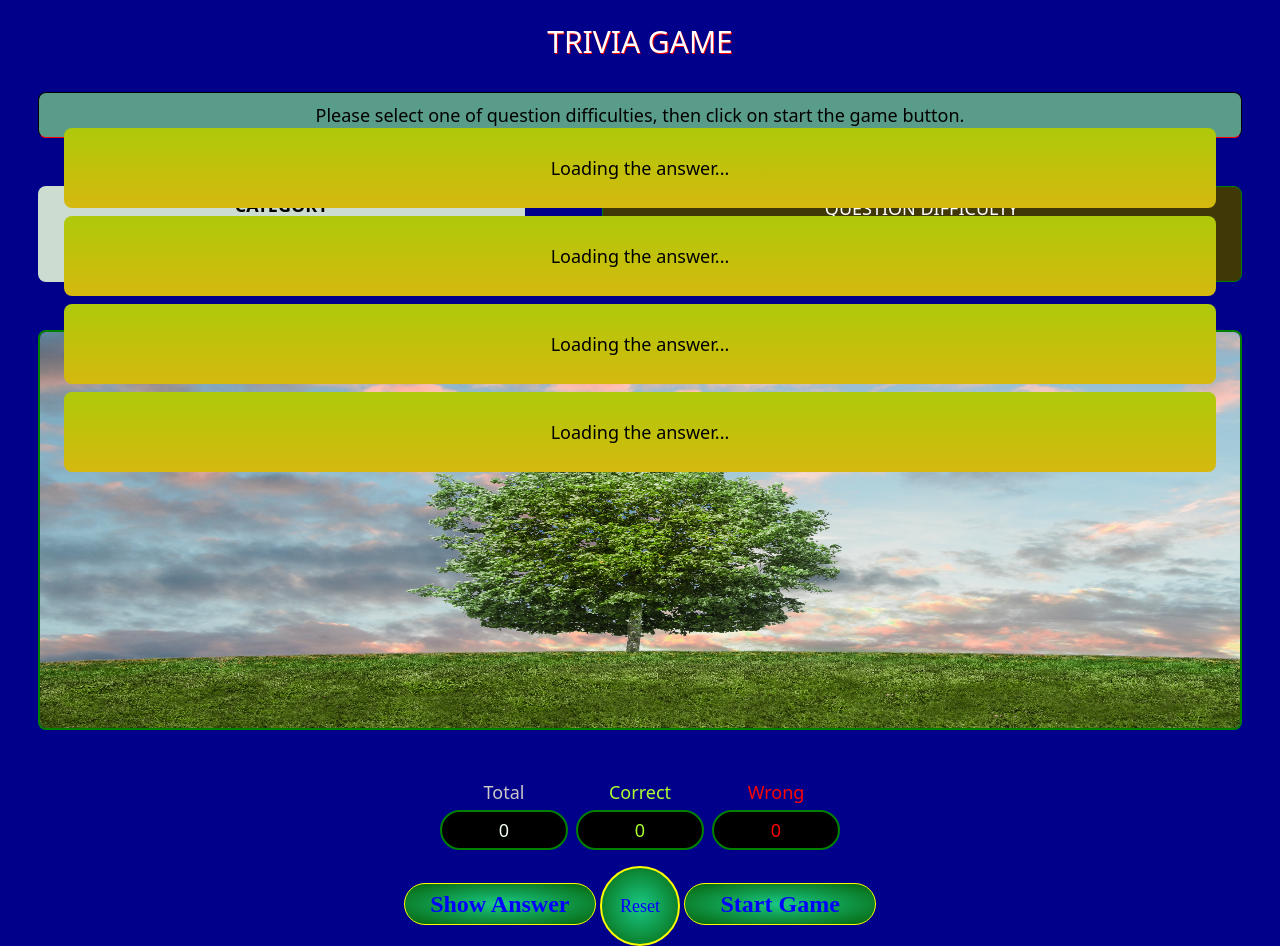
Repository: ShindanoSingi/bembe-trivia
Page: index.html
The author's editor kept a copy of each file at every save. The page is drawn from the files as they stood at one save, then again after the next save.
The browser window is 1280 px wide. The pictures show the whole page.
Some web libraries are served in a nearby version.

Above is the page before, as saved 2022-09-08 01:34:05.

### index.html
<!DOCTYPE html>
<html lang="en">

    <head>
        <meta charset="UTF-8">
        <meta http-equiv="X-UA-Compatible" content="IE=edge">
        <meta name="viewport" content="width=device-width, initial-scale=1.0">
        <link rel="stylesheet" href="style.css">
        <script src="https://cdn.tailwindcss.com"></script>
        <title>Trivia Game</title>
    </head>

    <body class="">
        <div class="containerBox max-h-[100vh] my-2 flex flex-col gap-[3rem]">
            <h1 class="text-center text-3xl relative top-4" >TRIVIA GAME</h1>
            <div class="questionBox text-center w-[94vw] md:text-lg h-[6.5rem] p-2 md:p-2 mx-auto rounded-lg">
                Please select one of question difficulties, then click on start the game button.
            </div>
            <div class="category-and-difficulty-container items-center justify-around flex">
                <div class="category-container w-[38vw] md:h-[6rem] h-[4.5rem] bg-[#CDDCD1] flex items-center flex-col py-[0.3rem] rounded-lg">
                    <div class="labelCategory text-sm md:text-lg font-bold md:font-bold text-black">CATEGORY</div>
                    <div class="category text-sm md:text-lg text-center p-1 rounded-lg">
                        Loading category...
                    </div>
                </div>
                <div class="qDifficultyBox w-[50vw] pb-1 rounded-lg items-center flex h-[4.5rem] md:h-[6rem] justify-around flex-col">
                        <div id="question" class="qCat md:text-lg text-sm">QUESTION DIFFICULTY</div>
                        <div class="difficulties-container md:flex md:space-x-6 flex gap-1">
                            <button class="difficulty px-1.5 md:w-[6rem] text-sm md:text-lg rounded-full" id="easy">Easy</button>
                            <button class="difficulty md:w-[6rem] px-1.5 rounded-full md:text-lg text-sm" id="medium">Medium</button>
                            <button class="difficulty md:w-[6rem] px-1.5 text-sm md:text-lg rounded-full" id="hard">Hard</button>
                    </div>
                </div>
            </div>
            <div class="imgAndQuestions">
                <img class="w-[94vw] h-[25rem] mx-auto" src="pexels-skitterphoto-9198.jpg" alt="nature image">
                <div class="answersButtons absolute md:absolute md:bottom-[15.5rem] bottom-[17.2rem] ml-[5vw] flex space-y-2 items-center  flex-col">
                    <button class="showAnswer md:text-lg w-[90vw] p-1 absolute bottom-[17rem] mx-auto text-sm h-[5rem]">Loading the answer...</button>
                    <button class="response md:text-lg w-[90vw] p-1 text-center text-md h-[5rem]" id="response1">Loading the answer...</button>
                    <button class="response md:text-lg w-[90vw] p-1 text-md h-[5rem]" id="response2">Loading the answer...</button>
                    <button class="response md:text-lg w-[90vw] p-1 text-md h-[5rem]" id="response3">Loading the answer...</button>
                    <button class="response md:text-lg w-[90vw] p-1 text-md h-[5rem]" id="response4">Loading the answer...</button>
                    </div>
                </div>

            <div id="bottomPart" class="flex  mx-auto flex-col items-center gap-4">
                <div class="labelsAndButtons relative left-1 flex space-x-2">
                    <div class="question-number flex flex-col items-center">
                        <p class="labels md:text-lg pb-1" id="labelQ">Total</p>
                        <div class="bottombuttons md:w-[8rem] md:text-lg w-[5rem] text-center py-1" id="questionNumber">0</div>
                    </div>
                    <div class="correct-answers md:text-lg flex flex-col items-center">
                        <p class="labels pb-1" id="labelC">Correct</p>
                        <div class="bottombuttons md:text-lg w-[5rem] md:w-[8rem] text-center py-1" id="correct">0</div>
                    </div>
                    <div class="wrong-answers md:text-lg flex flex-col items-center">
                        <p class="labels pb-1" id="labelW">Wrong</p>
                        <div class="bottombuttons md:w-[8rem] md:text-lg w-[5rem] text-center py-1" id="wrong">0</div>
                    </div>
                    <div class="timerQuestionCorrectWrong"></div>
                </div>
                <div class="threeBottomButtons">
                    <button class="w-[8rem] text-lg md:text-2xl md:w-48 py-1" id="showAnswer">Show Answer</button>
                    <button class="reset text-lg p-1 md:w-[5rem] md:h-[5rem] w-[3.5rem] h-[3.5rem] rounded-full">Reset</button>
                    <button class="startGame text-lg w-[8rem] md:text-2xl md:w-48 py-1">Start Game</button>
                </div>
            </div>
            </div>
        <script src="./script.js"></script>
    </body>
</html>

### style.css

/* iPhone 8 and smaller */

    /*  Set h1 text to red */
    h1 {
        color: #fff;
        text-shadow: 0.05rem 0.05rem red;
    }

    /* The box containing the question */
    .questionBox {
        color: rgb(0, 0, 0);
        border: 0.02rem solid;
        background-color: rgb(89, 156, 138);
        border-bottom-color: red;
    }

    /* Label for category */
    .labelCategory {
        color: white;
    }

    /* The show answer message box */
    .showAnswer {
        color: honeydew;
        visibility: hidden;
        border: 0.1rem solid green;
        border-radius: 0.5rem;
        background-color:rgb(2, 27, 3);
    }
    /*  Individual difficulty button */
    .difficulty {
        background-image: linear-gradient(rgb(16, 221, 142), rgb(4, 58, 7));
        border: 0.2rem solid rgb(21, 139, 35);
        color: white;
    }

    /*  Class containing all difficulty buttons */
    .difficulties-container {
        border-color: green;
    }
    /* The box containing difficulty buttons */
    .qDifficultyBox {
        border: 0.14vh solid green;
        background-color: rgb(65, 56, 8);
        color: white;
    }

    /* image */
    img {
        border: 0.15rem solid green;
        border-radius: 0.5rem;
    }
    /* all response buttons */
    .response {
        border-color: green;
        background-image: linear-gradient(rgb(173, 202, 9), rgb(214, 184, 14));
        color: black;
        border-radius: 0.5rem;
    }
    /* All response buttons */
    .response:hover {
        background-image: linear-gradient(rgb(32, 90, 165), rgb(72, 168, 192));
    }

    /* Show answer button */
    #showAnswer {
        color: blue;
        border: 0.54vh solid green;
        border: 0.27vh solid yellow;
        border-radius: 20rem;
        font-family: cursive;
        font-weight: bold;
        background-image: radial-gradient(rgb(25, 201, 133), rgb(6, 99, 10));
    }
    #showAnswer:hover {
        background-image: radial-gradient(rgb(201, 25, 25), rgb(93, 99, 6));
        color: white;
    }
    /* Start game button */
    .startGame {
        color: blue;
        border: 0.54vh solid green;
        border: 0.27vh solid yellow;
        border-radius: 20rem;
        font-family: cursive;
        font-weight: bold;
        background-image: radial-gradient(rgb(25, 201, 133), rgb(6, 99, 10));
    }
    /* Start game button */
    .startGame:hover {
        background-image: radial-gradient(rgb(201, 25, 25), rgb(93, 99, 6));
        color: white;
    }
    /* Reset button */
    .reset {
        color: blue;
        border: 0.5rem solid green;
        border: 0.15rem solid yellow;
        font-family: cursive;
        background-image: radial-gradient(rgb(25, 201, 133), rgb(6, 99, 10));
    }
    /* Reset button */
    .reset:hover {
        background-image: radial-gradient(rgb(201, 25, 25), rgb(93, 99, 6));
        color: white;
    }

    /* Class containing the 3 bottom labels  (total questions, correct answers and wrong answers) */
    .question-number {
        color: rgb(205, 200, 200);
    }

    .correct-answers {
        color: greenyellow;
    }

    .wrong-answers {
        color: red;
    }

    /* The bottom boxes for total question number, correct answers and wrong answers */
    .bottombuttons {
        border: 0.15rem solid green;
        background-color: black;
        color: honeydew;
        border-radius: 2rem;
    }

    /* Set the wrong anser to red */
    #wrong {
        color: rgb(255, 0, 0);
    }
    /* Set the correct anser to green */
    #correct {
        color: greenyellow;
    }

    /* Change the color when "easy" button is hovered over */
    #easy:hover {
        background-image: linear-gradient(rgb(202, 9, 9), rgb(214, 184, 14));
    }
    /* Change the color when "easy" button is hovered over */
    #medium:hover {
        background-image: linear-gradient(rgb(202, 9, 9), rgb(214, 184, 14));
    }
    /* Change the color when "easy" button is hovered over */
    #hard:hover {
        background-image: linear-gradient(rgb(202, 9, 9), rgb(214, 184, 14));
    }

    body {
      background-color: darkblue;
    }

### script.js
// Declaring variables

// Capture win window
let winWindow = document.querySelector('.win');

// Declae win reset button
let winResetButton = document.querySelector('.winReset');

// define lose reset button
let loseResetButton = document.querySelector('.loseReset');

// define lose window
let loseWindow = document.querySelector('.lose');

// define win image
let winImage = document.querySelector('.winImage')

// define a message if the payer loses the game
let loseMessage = document.querySelector('#losePar');

// define
let video = document.querySelector('#myVideo');

// Get Body content
let body = document.querySelector('body');

// This will hold category information
let category = document.querySelector('.category');

// This will hold the question
let question = document.querySelector('.questionBox');

// This is for all response buttons
let answerButtons = document.querySelector('.answersButtons');

// Define difficulty buttons
let difficultyButtons = document.querySelector('.difficulties-container');

// Define image
let image = document.querySelector('img');

// Define audio button
let audioButton = document.querySelector('.audio');

// Declaring individual difficulty buttons
let easyButton = document.querySelector('#easy');
let mediumButton = document.querySelector('#medium');
let hardButton = document.querySelector('#hard');

// This is for individual responses
let response1 = document.querySelector('#response1');
let response2 = document.querySelector('#response2');
let response3 = document.querySelector('#response3');
let response4 = document.querySelector('#response4');

// Define the total number of questions' box.
let totNumQuestionsBox = document.querySelector('#questionNumber');

// This will hold number of correct answers
let cAnswer = document.querySelector('#correct');

// This will hold number of wrong answers
let wAnswer = document.querySelector('#wrong');

// Define the "show answer" button
let showAnswerButton = document.querySelector('#showAnswer');

let corrAnswer;

// Create new audio objects
// Code source: https://www.w3schools.com/jsref/met_audio_play.asp
let audio = new Audio('general-logo-13395.mp3');

let questionscoreCount = 0;
let correctAnswerScoreCount = 0;
let wrongAnswerscoreCount = 0;
let scoreCount = 0;
let clear = '';
let difficulty = '';

// Set winning scoreCount
let winningscoreCount = 6;

let highscoreCount = 0;

let startGame = document.querySelector('.startGame');

// Takes the response from fetch
let triviaQuestion;

// Define a global url which will be accessed by multiple functions
let url;

// Array of all Images/jpg
// https://www.pexels.com/search/environment/
let arrayImages = [];
arrayImages.push('pexels-ákos-szabó-440731.jpg');
arrayImages.push('pexels-atikul-haque-rafat-679598.jpg');
arrayImages.push('pexels-felix-mittermeier-957024.jpg');
arrayImages.push('pexels-ian-turnell-709552.jpg');
arrayImages.push('pexels-karolina-grabowska-5750182.jpg');
arrayImages.push('pexels-mahima-1250260.jpg');
arrayImages.push('pexels-mali-maeder-142497.jpg');
arrayImages.push('pexels-matthias-cooper-580900.jpg');
arrayImages.push('pexels-min-an-1131458.jpg');
arrayImages.push('pexels-minamarie-michell-570041.jpg');
arrayImages.push('pexels-olya-kobruseva-5236397.jpg');
arrayImages.push('pexels-pixabay-33044.jpg');
arrayImages.push('pexels-pixabay-221012.jpg');
arrayImages.push('pexels-pixabay-235615.jpg');
arrayImages.push('pexels-pixabay-259280.jpg');
arrayImages.push('pexels-pixabay-302804.jpg');
arrayImages.push('pexels-pixabay-414090.jpg');
arrayImages.push('pexels-pixabay-459225.jpg');
arrayImages.push('pexels-pixabay-459225.jpg');
arrayImages.push('pexels-pixabay-460621.jpg');
arrayImages.push('pexels-scott-webb-1048033.jpg');
arrayImages.push('pexels-skitterphoto-9198.jpg');
arrayImages.push('pexels-sohail-na-807598.jpg');

// for correct and wrong answer song; source code:
// https://www.dreamstime.com/stock-music-sound-effect/wrong-answer-answer.html

// Reset the game when the "Reset" button is clicked
let resetButton = document.querySelector('.reset');
resetButton.addEventListener('click', () => {

    // Code source: https://www.w3schools.com/jsref/met_audio_play.asp
    audio.volume = 0.2;

    // Refresh the page/window
    window.location.reload();
});

// Assign color to all answer buttons and call "play" function
let startButton = () => {

    // Increament the score count.
    scoreCount++;

    // Select all responses buttons.
    let responses = document.querySelectorAll('.response');
    responses.forEach(response => {
        response.style.backgroundImage = 'linear-gradient(rgb(173, 202, 9), rgb(57, 14, 214));'
    })

    // When the "Start The Game" button is presNexted, Call "play" function
    play();
}

// Select difficulty buttons
difficultyButtons.addEventListener('click', e => {

    // Target the element/button by its id.
    difficulty = e.target.id;

    // Only change the color "easy" button is selected, then enable "Start The Game"
    if (difficulty === 'easy') {

        // Only change the background of "easy button" to a different color, and let other bottons'
        // colors unchanged.
        e.target.style.backgroundImage = 'linear-gradient(rgb(9, 25, 202), rgb(81, 14, 214))';
        mediumButton.style.backgroundImage = `linear-gradient(rgb(16, 221, 142), rgb(4, 58, 7))`;
        hardButton.style.backgroundImage = `linear-gradient(rgb(16, 221, 142), rgb(4, 58, 7))`;

        // Start the Game when "Start The Game" is clicked
        let startGame = document.querySelector('.startGame');
        startGame.addEventListener('click', () => {
            startButton();
        });
    }

    // Only change the color "medium" button is selected, then enable "Start The Game"
    else if (difficulty === 'medium') {

        // Only change the background of "medium button" to a different color, and let other bottons'
        // colors unchanged.
        e.target.style.backgroundImage = 'linear-gradient(rgb(9, 25, 202), rgb(81, 14, 214))';
        easyButton.style.backgroundImage = `linear-gradient(rgb(16, 221, 142), rgb(4, 58, 7))`;
        hardButton.style.backgroundImage = `linear-gradient(rgb(16, 221, 142), rgb(4, 58, 7))`;

        // Start the Game when "Start The Game" is clicked
        startGame.addEventListener('click', () => {
            startButton();
        });
    }

    // Only change the color "hard" button is selected, then enable "Start The Game"
    else if (difficulty === 'hard') {

        // Only change the background of "hard button" to a different color, and let other bottons'
        // colors unchanged.
        e.target.style.backgroundImage = 'linear-gradient(rgb(9, 25, 202), rgb(81, 14, 214))';
        mediumButton.style.backgroundImage = `linear-gradient(rgb(16, 221, 142), rgb(4, 58, 7))`;
        easyButton.style.backgroundImage = `linear-gradient(rgb(16, 221, 142), rgb(4, 58, 7))`;



        // Start the Game when "Start The Game" is clicked
        startGame.addEventListener('click', () => {
            startButton();
        });
    }

    // Return the value of the chosen difficulty button.
    return difficulty;
})



// Play the game when the start game button is click.
function play() {

    // Define and get a random number
    // Source: https://www.w3schools.com/jsref/jsref_random.asp
    let randomQuestion = Math.floor(Math.random() * 10 + 9);

    // Get the question from the API
    // Source: https://opentdb.com/api_config.php
    url = `https://opentdb.com/api.php?amount=50&difficulty=${difficulty}&type=multiple`

    // Define an empty array that will hold the correct answer and 3 wrong answers
    let arr = [];

    // fetch the the result for the above url.
    fetch(url)
        .then(res => {
            return res.json()
        })

        .then(res => {

            triviaQuestion = res;

            // Capture the correct from the response
            corrAnswer = res.results[0].correct_answer;

            arr.push(res.results[0].correct_answer);
            arr.push(res.results[0].incorrect_answers[0])
            arr.push(res.results[0].incorrect_answers[2])
            arr.push(res.results[0].incorrect_answers[1])

            category.innerHTML = res.results[0].category
            question.innerHTML = res.results[0].question

            // Assigning answers to answers buttons
            response1.innerHTML = arr[0];
            response2.innerHTML = arr[1];
            response3.innerHTML = arr[2];
            response4.innerHTML = arr[3];

            // Shuffling the array to avoid answers pattern.
            for (let i = arr.length - 1; i > 0; i--) {
                let j = Math.floor(Math.random() * (i + 1))

                let tempNum = arr[i];
                arr[i] = arr[j];
                arr[j] = tempNum;
            }
        })
}


// Track the clicking event of each answerButton
answerButtons.addEventListener('click', (event) => {

    // Check if the selected answer is equal to correct answer
    if (event.target.innerText === triviaQuestion.results[0].correct_answer) {

        // Increment total number of question
        scoreCount++;

        // Increament the the number of correct answers.
        correctAnswerScoreCount++;

        // Write the correct answer in the correct answer box
        cAnswer.innerText = correctAnswerScoreCount;

        for (let i = arrayImages.length - 1; i > 0; i--) {
            let j = Math.floor(Math.random() * (i + 1))

            let tempNum = arrayImages[i];
            arrayImages[i] = arrayImages[j];
            arrayImages[j] = tempNum;
        }

        // Play a random video
        image.src = arrayImages[1];

        // Set the background of the correct answer to green
        event.target.style.backgroundImage = `linear-gradient(rgb(0, 255, 106),
        rgb(9, 106, 28))`;

        // Call the next question
        nextQuestion()
    }

    // Check if the selected answer is not equal to the correct answer
    else if (event.target.innerText !== triviaQuestion.results[0].correct_answer) {

        // Play this audio if the answer is incorrect
        let audioWrongAnswer = new Audio('wrongAnswer.mp3');


        for (let i = arrayImages.length - 1; i > 0; i--) {
            let j = Math.floor(Math.random() * (i + 1))

            let tempNum = arrayImages[i];
            arrayImages[i] = arrayImages[j];
            arrayImages[j] = tempNum;
        }

        // Play a random video
        image.src = arrayImages[0];

        // Incremment scoreCount
        scoreCount++;

        // Increament the the number of incorrect answers.
        wrongAnswerscoreCount++;

        // Set the background of the correct answer to red
        event.target.style.backgroundImage = 'linear-gradient(rgb(220, 7, 7), #fa0a0a)';

        // Write the incorrect answer in the wrong answer box
        wAnswer.innerHTML = wrongAnswerscoreCount;
    }

    // Call the next question
    nextQuestion();
})

// Refresh the window reset all numbers to 0 and all texts to empty.
function refreshWindow() {
    window.location.reload()
}

// This function runs when the player calls for the next question.
function nextQuestion() {


    // Source: https://www.w3schools.com/jsref/jsref_random.asp
    let randomQuestions = Math.floor(Math.random() * 10 + 9);

    let urlNext = `https://opentdb.com/api.php?amount=1&category=${randomQuestions}&type=multiple`

    let arrNext = [];

    fetch(urlNext)
        .then(resNext => {
            return resNext.json()
        })

        .then(resNext => {

            // Capture the correct from the response
            corrAnswer = resNext.results[0].correct_answer;

            // Assign the response from fetch to triviaQuestion
            triviaQuestion = resNext;

            arrNext.push(resNext.results[0].correct_answer);
            arrNext.push(resNext.results[0].incorrect_answers[0])
            arrNext.push(resNext.results[0].incorrect_answers[2])
            arrNext.push(resNext.results[0].incorrect_answers[1])

            // Shuffling the array to avoid answers pattern.
            // source: https://www.geeksforgeeks.org/how-to-shuffle-an-array-using-javascript/

            for (let i = arrNext.length - 1; i > 0; i--) {
                let j = Math.floor(Math.random() * (i + 1))

                let tempNums = arrNext[i];
                arrNext[i] = arrNext[j];
                arrNext[j] = tempNums;
            }

            // Assigning original coloanswers to answers buttons
            response1.innerHTML = arrNext[0];
            response1.style.backgroundImage = 'linear-gradient(rgb(173, 202, 9), rgb(57, 14, 214))'

            response2.innerHTML = arrNext[1];
            response2.style.backgroundImage = 'linear-gradient(rgb(173, 202, 9), rgb(57, 14, 214))'

            response3.innerHTML = arrNext[2];
            response3.style.backgroundImage = 'linear-gradient(rgb(173, 202, 9), rgb(57, 14, 214))'

            response4.innerHTML = arrNext[3];
            response4.style.backgroundImage = 'linear-gradient(rgb(173, 202, 9), rgb(57, 14, 214))'

            category.innerHTML = resNext.results[0].category
            question.innerHTML = resNext.results[0].question

            console.log(resNext.results[0])

        })
}

// Display the answer if the "show Andwer" button is clicked for 1 second, then hide the answer.
showAnswerButton.addEventListener('click', () => {
    let answerBox = document.querySelector('.showAnswer');

    setTimeout(function () {
        answerBox.style.visibility = 'visible';
        answerBox.style.zIndex = '100';

        answerBox.innerHTML = corrAnswer;
        //Hide the answer
        setTimeout(function () {
            answerBox.style.visibility = 'hidden';

        }, 1000)
    }, 1000)

    if (answerBox.innerHTML === 'undefined') {
        answerBox.innerHTML = "Loading the answer...";
    }
    else {
        answerBox.innerHTML = "Loading the answer...";
    }
})

After the next save:
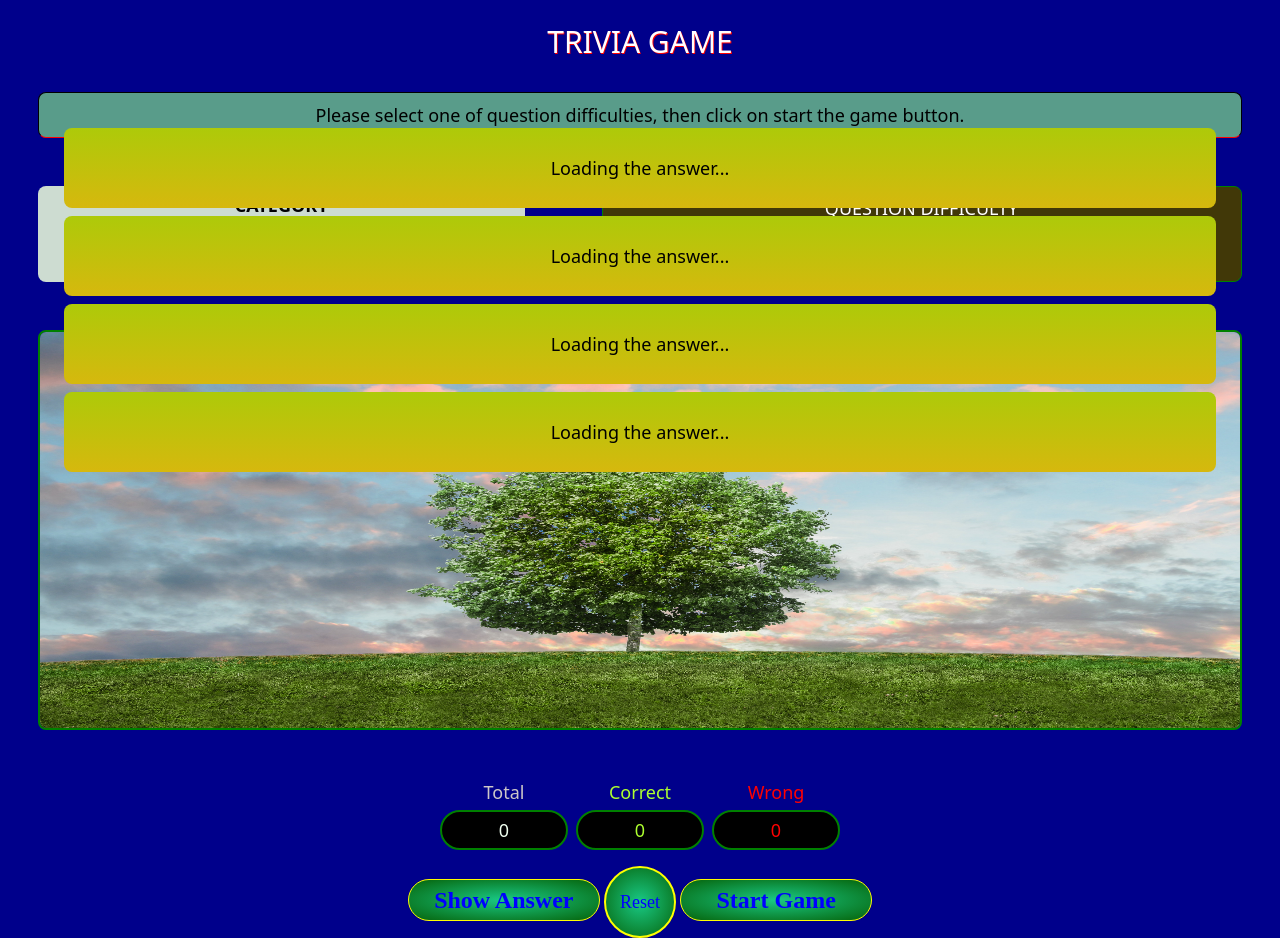
Saved 13 s later.
--- a/index.html
+++ b/index.html
@@ -61,7 +61,7 @@
                 </div>
                 <div class="threeBottomButtons">
                     <button class="w-[8rem] text-lg md:text-2xl md:w-48 py-1" id="showAnswer">Show Answer</button>
-                    <button class="reset text-lg p-1 md:w-[5rem] md:h-[5rem] w-[3.5rem] h-[3.5rem] rounded-full">Reset</button>
+                    <button class="reset text-lg p-1 md:w-[4.5rem] md:h-[4.5rem] w-[3.5rem] h-[3.5rem] rounded-full">Reset</button>
                     <button class="startGame text-lg w-[8rem] md:text-2xl md:w-48 py-1">Start Game</button>
                 </div>
             </div>
